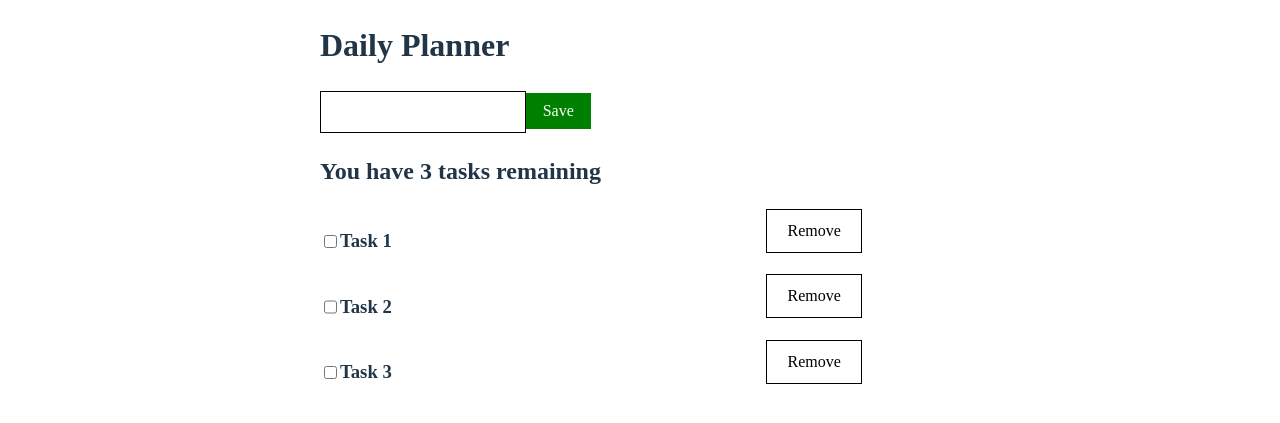
Repository: SamanthaYan298/my_planner
Page: /
An editor plug-in stored every save of this project. The page is shown before and after the next save, followed by the edit.
The browser window is 1280 px wide. The pictures show the whole page.
The project was rebuilt for these pictures with package versions that can differ from the ones it lists, and the page was loaded fresh each time. Also part of the build but not shown: vite.config.js.

Above is the page before, as saved 2024-10-07 17:22:17.

After the next save:
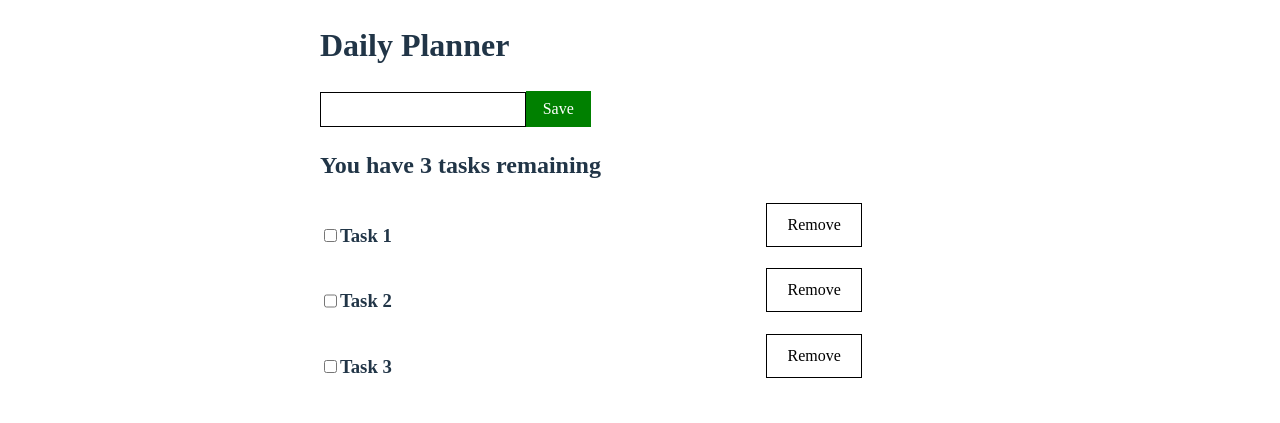
Saved 4 s later.
--- a/src/App.css
+++ b/src/App.css
@@ -37,7 +37,7 @@
 .form-input {
   padding: 0.5em 1em;
   border: 1px solid;
-  height: 2em
+  height: 1.5em
 }
 
 div h3 {
